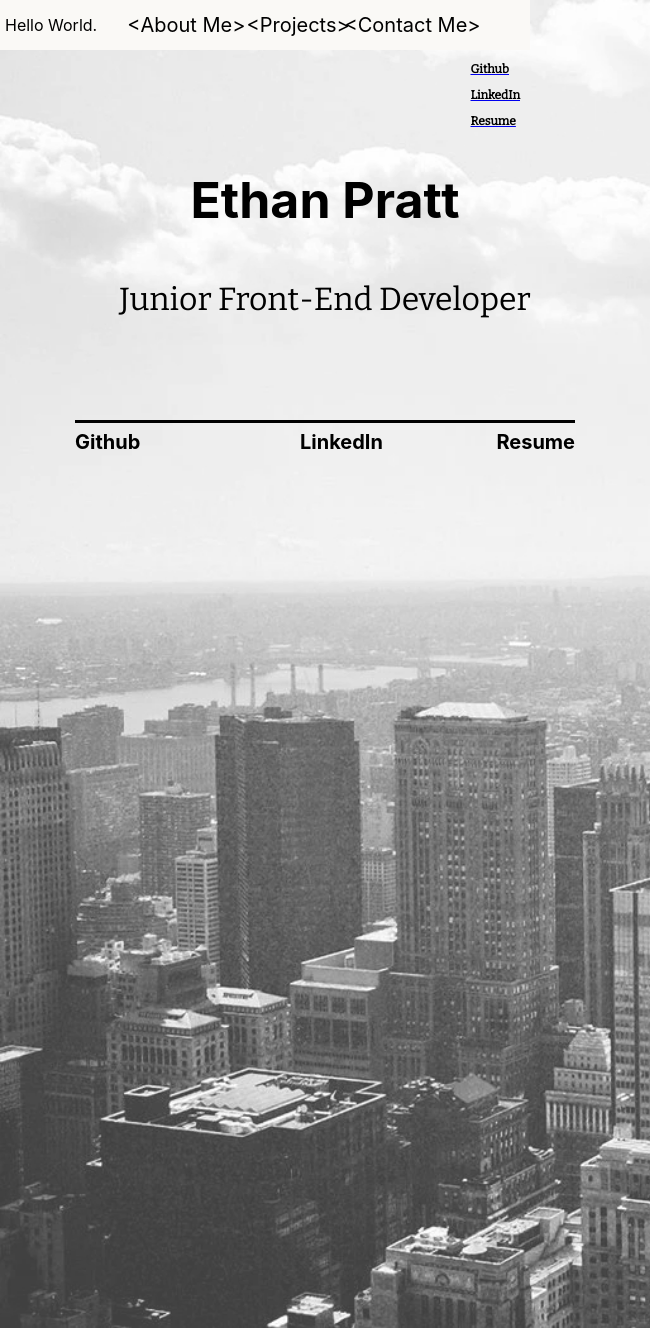
Repository: ghend99/website_ethan_pratt
Page: /
These files come from the project's save history. The page is drawn as it stood at one moment and after the next save; the edit follows.
The browser window is 375 px wide. The page is 650 px wide, then 530 px, so the pictures cover 650 px, including what lies to the right of the window. The pictures show the whole page.
The project was rebuilt for these pictures with package versions that can differ from the ones it lists, and the page was loaded fresh each time. Also part of the build but not shown: src/css/about.css, src/pages/about.js, src/pages/project.js, src/css/contact.css, src/pages/contact.js.

Above is the page before, as saved 2023-04-25 08:54:01.

After the next save:
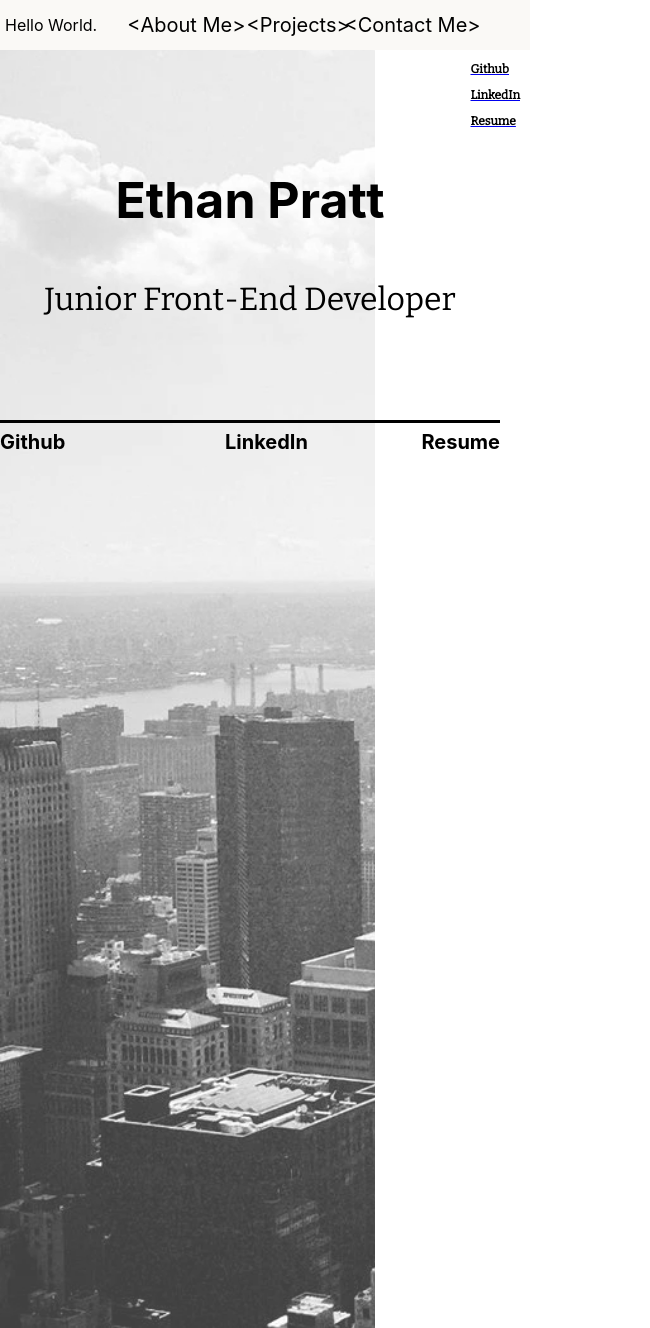
Saved 36 s later.
--- a/src/css/header.css
+++ b/src/css/header.css
@@ -161,4 +161,8 @@
   .header-container {
     width: 100px;
   }
+
+  .bg {
+    min-width: 200px;
+  }
 }
